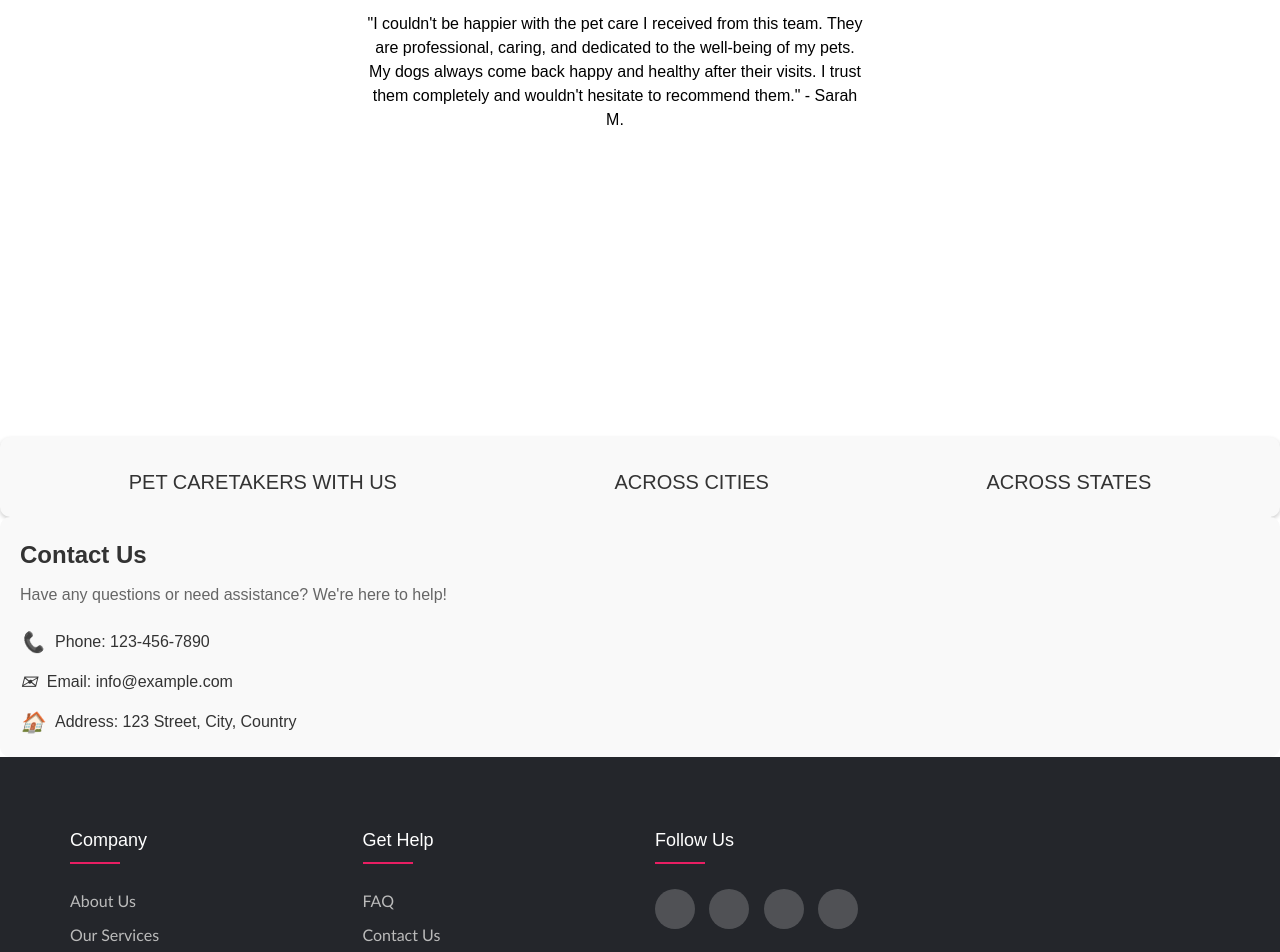
Repository: RishuGudigar/pawtakers
Page: templates/index.html
These files come from the project's save history. The page is drawn as it stood at one moment and after the next save; the edit follows.
The browser window is 1280 px wide. The pictures show the part of the page from y = 3163 to 4115 px (the page is 4272 px tall).
Some web fonts or font styles are not loaded; a fallback is used. The template is drawn by Django 4.2. The application's start-up code is not run. Other server files are loaded and not shown. The template is opened directly, without the code that normally fills it, so the values that code supplies are empty.

Above is the page before, as saved 2023-06-07 14:11:08.

### pawtakers/templates/index.html
<!DOCTYPE html>
<html lang="en">
<head>
    <meta charset="UTF-8">
    <meta http-equiv="X-UA-Compatible" content="IE=edge">
    <meta name="viewport" content="width=device-width, initial-scale=1.0">
    <title>Document</title>
    {% comment %} <link rel="stylesheet" href="style.css"> {% endcomment %}

    <style>
        /*Navigation Bar */

@import url('https://fonts.googleapis.com/css2?family=Ubuntu&display=swap');
*{
    margin: 0;
    padding: 0;
    box-sizing: border-box;
    font-family: 'Ubuntu', sans-serif;

    ;
}

.nav-bar{
    width: 100%;
}


.navbar{
    display: flex;
    align-items: center;
    justify-content: space-around;
    padding-top:20px;
    padding-left: 10%;
    padding-right:10%;
    background-color: rgba(0,0,0,0.8);
    height: 8vh;


}

.navbar ul li{
    list-style-type: none;
    display: inline-block;
    padding: 10px 20px;
}

.navbar ul li a{
    text-decoration: none;
    font-weight: 500;
    color:yellow;
    font-family: 'Roboto', sans-serif;
    font-size: 11px;
    text-transform: uppercase;
    letter-spacing: 2.5px;

}

.navbar ul li a:hover{
    color: white;
    transition: .4s;
    font-size: medium;
    font-weight: 500;
}




/*Navigation Bar ends here */



/*this section belongs to body part*/
.col-text {
    height: 100vh;
    }
    .grid-flex{
        display: -webkit-box;
        display: -webkit-flex;
        display: -ms-flexbox;
        display: flex;
        -webkit-box-flex: 1;
        -webkit-flex-grow: 1;
        -ms-flex-positive: 1;
        flex-grow: 1;
        flex-direction: row;
        -webkit-flex-direction: row;
        -webkit-flex-wrap: wrap;
        -webkit-justify-content: space-around;
        }
.col {
    -webkit-box-flex: 1;
    -webkit-flex: 1;
    -ms-flex: 1;
    flex: 1;
    }
.col-left {
    -webkit-box-ordinal-group:-1;
    -webkit-order: -1;
    -ms-flex-order: -1;
    order: -1;
    }
.col-text{
    display: flex;
    align-items: center;
    justify-content: center;
  }
  .Aligner-item {
    width: 60%;
  }
  .col-image {
    background-size: cover;
    background-position:center center;
  }

  @media (max-width: 640px) {
    .grid-flex {
        height: 40em;
        display: -webkit-flex;
        -webkit-flex-direction: column;
        flex-direction: column;
        }
    .col {
        order:vertical;
    }
    .col-left {
        -webkit-box-ordinal-group:0;
        -webkit-order: 0;
        -ms-flex-order: 0;
        order: 0;
    }
    .col-text div p {
        padding: 1em;
    }
    .Aligner-item {
        width: 90%;
    }
}

    /*Button starts*/
    .button button{
    width: 140px;
    height: 45px;
    font-family: 'Roboto', sans-serif;
    font-size: 11px;
    text-transform: uppercase;
    letter-spacing: 2.5px;

    color: #000;
    background-color: #fff;
    border: none;
    border-radius: 45px;
    box-shadow: 0px 8px 15px rgba(0, 0, 0, 0.1);
    transition: all 0.3s ease 0s;
    cursor: pointer;
    outline: none;
    font-weight: bold;
    margin: 20px;
}
.button button:hover{
    background-color: gold;
    box-shadow: 0px 15px 20px rgba(225, 223, 0, 0.4);
    color: #fff;
    transform: translateY(-7px);
}
    /*Button ends*/

    @import url('https://fonts.googleapis.com/css2?family=Montserrat:wght@500&family=Ubuntu&display=swap');
    @import url('https://fonts.googleapis.com/css2?family=Montserrat:wght@500&family=Quicksand:wght@700&family=Ubuntu&display=swap');

    .header h1{
        font-size: x-large;
    }


    /*slider of the body*/
    #slider
{
	margin: auto;
	overflow: hidden;
	padding: 20px;
	margin-top: 50px;
	position: relative;
	width: 600px;
    height: 200px;
    margin-bottom: 0;

}

#slider li
{
	float: left;
	position: relative;
	width: 600px;
	display: inline-block;
	height: 200px;
}

#slider ul
{
	list-style: none;
	position: absolute;
	left: 0px;
	top: 0px;
	width: 9000px;
	transition: left .2s linear;
	-moz-transition: left .2s linear;
	-o-transition: left .2s linear;
	-webkit-transition: left .2s linear;
	margin-left: -25px;
    font-family: open sans;
    color: #666;
}

/*** Content ***/

.slider-container
{
    color:#000;
	margin: 0 auto;
	padding: 0;
	width: 550px;
    min-height: 180px;
    text-align:center;
}

.slider-container h2
{
    color: #fff;
}

.slider-container  p
{
	margin: 10px 25px;
	font-weight: semi-bold;
	line-height: 150%;
}

/*** target hooks ****/

@-webkit-keyframes slide-animation {
	0% {opacity:0;}
	2% {opacity:1;}
	20% {left:0px; opacity:1;}
	22.5% {opacity:0.6;}
	25% {left:-600px; opacity:1;}
	45% {left:-600px; opacity:1;}
	47.5% {opacity:0.6;}
	50% {left:-1200px; opacity:1;}
	70% {left:-1200px; opacity:1;}
	72.5% {opacity:0.6;}
	75% {left:-1800px; opacity:1;}
	95% {opacity:1;}
	98% {left:-1800px; opacity:0;}
	100% {left:0px; opacity:0;}
}

#slider ul
{
	-webkit-animation: slide-animation 20s infinite;
}

#slider ul:hover
{
	-moz-animation-play-state: paused;
	-webkit-animation-play-state: paused;
}

    /*slider ends*/
/*body part ends here */








/*Footer Section starts*/
@import url('https://fonts.googleapis.com/css2?family=Poppins:wght@300;400;500;600;700&display=swap');
body{
	line-height: 1.5;
	font-family: 'Poppins', sans-serif;
}

.container{
	max-width: 1170px;
	margin:auto;
}
.row{
	display: flex;
	flex-wrap: wrap;
}
ul{
	list-style: none;
}
.footer{
	background-color: #24262b;
    padding: 70px 0;
}
.footer-col{
    width: 25%;
    padding: 0 15px;
}
.footer-col h4{
	font-size: 18px;
	color: #ffffff;
	text-transform: capitalize;
	margin-bottom: 35px;
	font-weight: 500;
	position: relative;
}
.footer-col h4::before{
	content: '';
	position: absolute;
	left:0;
	bottom: -10px;
	background-color: #e91e63;
	height: 2px;
	box-sizing: border-box;
	width: 50px;
}
.footer-col ul li:not(:last-child){
	margin-bottom: 10px;
}
.footer-col ul li a{
	font-size: 16px;
	text-transform: capitalize;
	color: #ffffff;
	text-decoration: none;
	font-weight: 300;
	color: #bbbbbb;

	display: block;
	transition: all 0.3s ease;
    font-family: 'Gill Sans', 'Gill Sans MT', Calibri, 'Trebuchet MS', sans-serif;
}
.footer-col ul li a:hover{
	color: #ffffff;
	padding-left: 8px;
}
.footer-col .social-links a{
	display: inline-block;
	height: 40px;
	width: 40px;
	background-color: rgba(255,255,255,0.2);
	margin:0 10px 10px 0;
	text-align: center;
	line-height: 40px;
	border-radius: 50%;
	color: #ffffff;
	transition: all 0.5s ease;
}
.footer-col .social-links a:hover{
	color: #24262b;
	background-color: #ffffff;
}

/*responsive*/
@media(max-width: 767px){
    .footer-col{
    width: 50%;
    margin-bottom: 30px;
}
}
@media(max-width: 574px){
    .footer-col{
    width: 100%;
}
}
/*Footer Section ends*/
    </style>

</head>
<body>



<section >
    <style>
        body {
            font-family: 'Open Sans', sans-serif;

            margin: 0; /* Add this to remove body default margin */
        }
        nav {
            position: fixed; /* Change position to fixed */
            top: 0; /* Position it at the top */
            left: 0; /* Align it to the left */
            width: 100%; /* Make it full width */
            height: 50px;
            background: #34495e;
            border-radius: 1px;
            font-size: 0;
            box-shadow: 0 2px 3px 0 rgba(0,0,0,0.1);
            z-index: 100; /* Add a higher z-index to keep it above other elements */
        }

        /* Rest of the CSS styles remain the same */
        nav a {
            font-size: 15px;
            text-transform: uppercase;
            color: white;
            text-decoration: none;
            line-height: 50px;
            position: relative;
            z-index: 1;
            display: inline-block;
            text-align: center;
        }
        nav .animation {
            position: absolute;
            height: 5px;
            bottom: 0;
            z-index: 0;
            background: yellow;
            transition: all .5s ease 0s;
            border-radius: 8px;
        }
        a:nth-child(1) {
            width: 100px;
        }
        nav .start-home,a:nth-child(1):hover~.animation {
            width: 100px;
            left: 0;
        }
        a:nth-child(2) {
            width: 110px;
        }
        nav .start-about,a:nth-child(2):hover~.animation {
            width: 110px;
            left: 100px;
        }
        a:nth-child(3) {
            width: 100px;
        }
        nav .start-login,a:nth-child(3):hover~.animation {
            width: 100px;
            left: 210px;
        }
        a:nth-child(4) {
            width: 160px;
        }
        nav .start-signup,a:nth-child(4):hover~.animation {
            width: 160px;
            left: 310px;
        }
    </style>
</head>
<body>
    <nav>
        <a href="/display">Home</a>
        <a href="/">About Us</a>
        <a href="{% url 'account_login'%}">Login</a>
        <a href="{% url 'account_signup' %}">SignUp</a>
        <div class="animation start-home"></div>
    </nav>
    <!-- Add other content below the navbar if necessary -->
</body>

</section>



<!-- This Section belongs to body part-->
<section >
    {% load static %}
    <div class="grid-flex" id="car">
    <div class="col col-image" style="background-image: url( {% static './dog1.jpg' %})">
    </div>
    <div class="col col-text">
        <div class="Aligner-item button header">
            <h1>PawTakers</h1>
            <a href="/display"><button >BOOK NOW</button></a>
        </div>
    </div>
    </div>

    <div class="grid-flex" id="bike">
    <div class="col col-image" style="background-image: url({% static './dog2.jpg' %});">
        &nbsp;
    </div>
    <div class="col col-text col-left">
        <div class="Aligner-item button header">
        <h1>"Need emergency pet care? No one available to take care of your furry friend? We've got you covered!"</h1>
        <a><button >KNOW MORE</button></a>
        </div>
    </div>
    </div>

    <div class="grid-flex">
    <div class="col col-image" style="background-image: url({% static './dog3.jpg' %});">
        &nbsp;
    </div>
    <div class="col col-text">
        <div class="Aligner-item button header">
            <h1>"Concerned about your pet's safety? We've got you covered. Check out our website for details on our rigorous safety measures."</h1>
            <a><button width="250px">VISIT SECURITY POLICY</button></a>
        </div>
    </div>
    </div>

    <div class="grid-flex">
        <div class="col col-image" style="background-image: url({% static './dog4.jpg' %});">
            &nbsp;
        </div>
        <div class="col col-text col-left">
            <div class="Aligner-item button header">
            <h1>"Love pets? Make it a job - join our team as a caretaker today!"</h1>
            <a href='accounts/signup/'><button >SIGNUP NOW</button></a>
        </div>
        </div>
        </div>

        <div class="grid-flex">
            <div></div>
            <div class="col col-text">
                <div class="Aligner-item button header">
                    <div class="review">
                        <div id="slider">
                            <ul>
                                <li>
                                    <div class="slider-container">
                                        <p>"I am extremely grateful for the excellent pet care services provided by this company. They took great care of my furry friend while I was away and kept me updated with photos and messages. I highly recommend their services." - John D.</p>
                                    </div>
                                </li>
                                <li>
                                    <div class="slider-container">
                                        <p>"I couldn't be happier with the pet care I received from this team. They are professional, caring, and dedicated to the well-being of my pets. My dogs always come back happy and healthy after their visits. I trust them completely and wouldn't hesitate to recommend them." - Sarah M.</p>
                                    </div>
                                </li>
                                <li>
                                    <div class="slider-container">
                                        <p>"I am extremely grateful for the excellent pet care services provided by this company. They took great care of my furry friend while I was away and kept me updated with photos and messages. I highly recommend their services." - John D.</p>
                                    </div>
                                </li>
                                <li>
                                    <div class="slider-container">
                                        <p>"The staff at this pet care facility are amazing! They treated my pet with so much love and attention. They go above and beyond to ensure the comfort and happiness of the animals in their care. I'm grateful to have found such a reliable and compassionate service." - David R</p>
                                    </div>
                                </li>
                                <li>
                                    <div class="slider-container">
                                        <p>"I can't thank this pet care service enough for taking care of my pet while I was on vacation. They provided top-notch care, adhering to all my pet's needs and providing a safe and stimulating environment. I wouldn't hesitate to use their services again." - Lisa S.</p>
                                    </div>
                                </li>
                                <li>
                                    <div class="slider-container">
                                        <p>"I've been using this pet care company for several years now, and they continue to impress me with their professionalism and dedication. They genuinely care about the well-being of the pets they look after and always go the extra mile to ensure their happiness. Highly recommended!" - Michael B.</p>
                                    </div>
                                </li>
                            </ul>
                        </div>
                    </div>
                </div>
            </div>
        </div>

<!-- The counter-->
{% block content %}
<div style="background-color: #f9f9f9; padding: 20px; border-radius: 10px; box-shadow: 0 2px 4px rgba(0, 0, 0, 0.2); transition: box-shadow 0.3s;">
    <div style="display: flex; justify-content: space-around;">
        <div style="text-align: center; animation: fadeInUp 0.5s ease-in-out;">
            <div style="font-size: 48px; color: #333; margin-bottom: 10px; font-family: 'Arial', sans-serif; text-shadow: 2px 2px 4px rgba(0, 0, 0, 0.3);">{{ user_count }}</div>
            <div style="font-size: 20px; color: #333; font-family: 'Arial', sans-serif; text-transform: uppercase;">Pet Caretakers with Us</div>
        </div>
        <div style="text-align: center; animation: fadeInUp 0.5s ease-in-out; animation-delay: 0.2s;">
            <div style="font-size: 48px; color: #333; margin-bottom: 10px; font-family: 'Arial', sans-serif; text-shadow: 2px 2px 4px rgba(0, 0, 0, 0.3);">{{ city_count }}</div>
            <div style="font-size: 20px; color: #333; font-family: 'Arial', sans-serif; text-transform: uppercase;">Across Cities</div>
        </div>
        <div style="text-align: center; animation: fadeInUp 0.5s ease-in-out; animation-delay: 0.4s;">
            <div style="font-size: 48px; color: #333; margin-bottom: 10px; font-family: 'Arial', sans-serif; text-shadow: 2px 2px 4px rgba(0, 0, 0, 0.3);">{{ state_count }}</div>
            <div style="font-size: 20px; color: #333; font-family: 'Arial', sans-serif; text-transform: uppercase;">Across States</div>
        </div>
    </div>
</div>

<style>
@keyframes fadeInUp {
  0% {
    opacity: 0;
    transform: translateY(20px);
  }
  100% {
    opacity: 1;
    transform: translateY(0);
  }
}
</style>

{% endblock %}



<!-- The counter Ends-->
<!--Body part ends-->
<div id="contact-us" style="background-color: #f9f9f9; padding: 20px; border-radius: 10px;">
    <h2 style="font-size: 24px; color: #333; margin-bottom: 10px;">Contact Us</h2>
    <p style="font-size: 16px; color: #666; margin-bottom: 20px;">Have any questions or need assistance? We're here to help!</p>
    <div style="display: flex; flex-direction: column;">
      <div style="display: flex; align-items: center; margin-bottom: 10px;">
        <i style="font-size: 20px; color: #333; margin-right: 10px;">&#x1F4DE;</i>
        <span style="font-size: 16px; color: #333;">Phone: 123-456-7890</span>
      </div>
      <div style="display: flex; align-items: center; margin-bottom: 10px;">
        <i style="font-size: 20px; color: #333; margin-right: 10px;">&#x2709;</i>
        <span style="font-size: 16px; color: #333;">Email: info@example.com</span>
      </div>
      <div style="display: flex; align-items: center;">
        <i style="font-size: 20px; color: #333; margin-right: 10px;">&#x1F3E0;</i>
        <span style="font-size: 16px; color: #333;">Address: 123 Street, City, Country</span>
      </div>
    </div>
  </div>

<!--Footer section starts here-->
<footer class="footer">
    <div class="container">
        <div class="row">
            <div class="footer-col">
                <h4>company</h4>
                <ul>
                    <li><a href="#">about us</a></li>
                    <li><a href="#">our services</a></li>
                    <li><a href="#">privacy policy</a></li>
                    <li><a href="#">affiliate program</a></li>
                </ul>
            </div>
            <div class="footer-col">
                <h4>get help</h4>
                <ul>
                    <li><a href="#">FAQ</a></li>
                    <li><a href="#">Contact Us</a></li>
                </ul>
            </div>

            <div class="footer-col">
                <h4>follow us</h4>
                <div class="social-links">
                    <a href="#"><i class="fab fa-facebook-f"></i></a>
                    <a href="#"><i class="fab fa-twitter"></i></a>
                    <a href="#"><i class="fab fa-instagram"></i></a>
                    <a href="#"><i class="fab fa-linkedin-in"></i></a>
                </div>
            </div>
        </div>
    </div>
</footer>

</section>
</body>
</html>

After the next save:
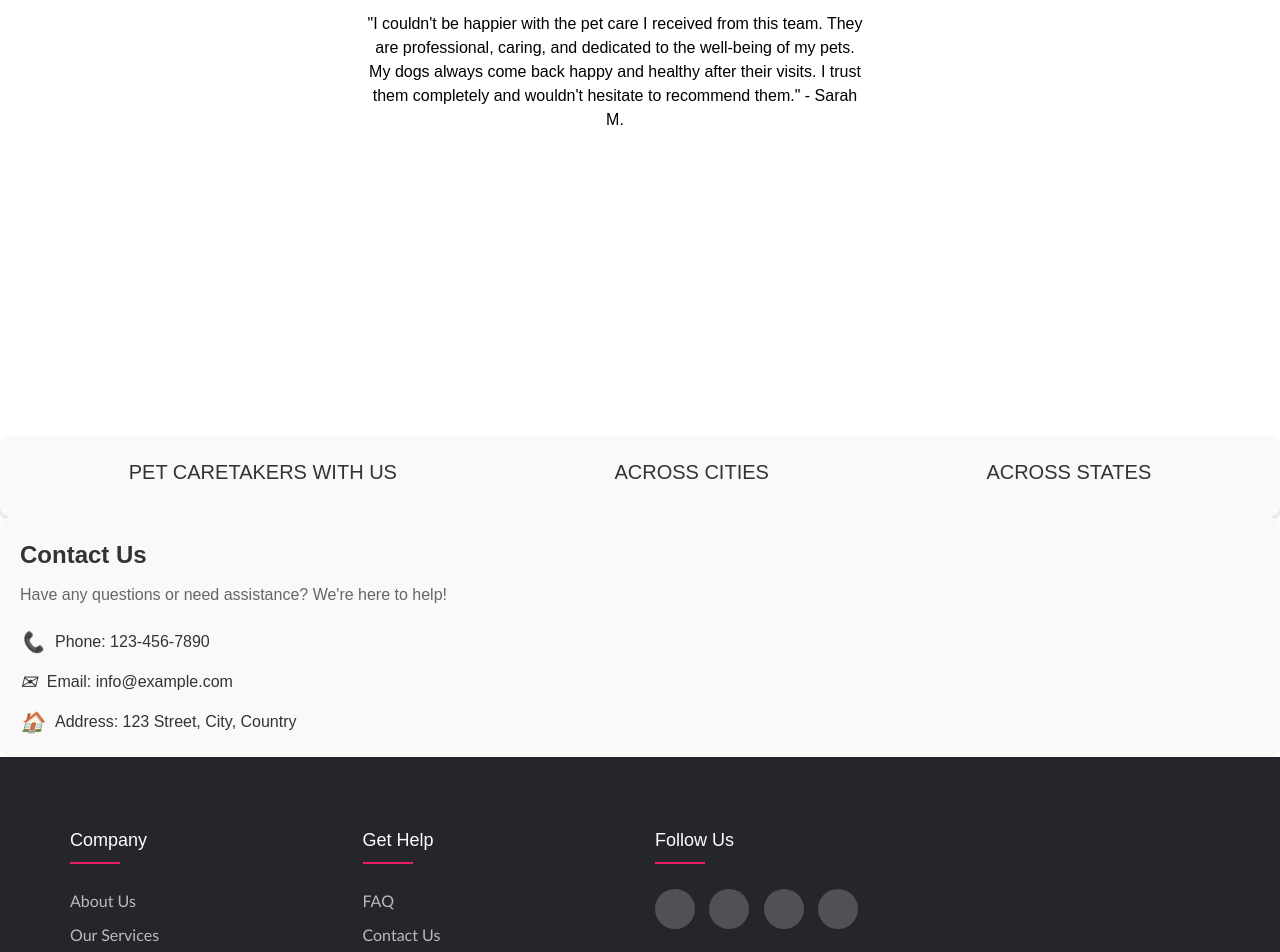
Saved 28 s later.
--- a/pawtakers/templates/index.html
+++ b/pawtakers/templates/index.html
@@ -560,16 +560,17 @@ ul{
 <div style="background-color: #f9f9f9; padding: 20px; border-radius: 10px; box-shadow: 0 2px 4px rgba(0, 0, 0, 0.2); transition: box-shadow 0.3s;">
     <div style="display: flex; justify-content: space-around;">
         <div style="text-align: center; animation: fadeInUp 0.5s ease-in-out;">
+            <div style="font-size: 20px; color: #333; font-family: 'Arial', sans-serif; text-transform: uppercase;">Pet Caretakers with Us</div>
             <div style="font-size: 48px; color: #333; margin-bottom: 10px; font-family: 'Arial', sans-serif; text-shadow: 2px 2px 4px rgba(0, 0, 0, 0.3);">{{ user_count }}</div>
-            <div style="font-size: 20px; color: #333; font-family: 'Arial', sans-serif; text-transform: uppercase;">Pet Caretakers with Us</div>
         </div>
         <div style="text-align: center; animation: fadeInUp 0.5s ease-in-out; animation-delay: 0.2s;">
+            <div style="font-size: 20px; color: #333; font-family: 'Arial', sans-serif; text-transform: uppercase;">Across Cities</div>
             <div style="font-size: 48px; color: #333; margin-bottom: 10px; font-family: 'Arial', sans-serif; text-shadow: 2px 2px 4px rgba(0, 0, 0, 0.3);">{{ city_count }}</div>
-            <div style="font-size: 20px; color: #333; font-family: 'Arial', sans-serif; text-transform: uppercase;">Across Cities</div>
         </div>
         <div style="text-align: center; animation: fadeInUp 0.5s ease-in-out; animation-delay: 0.4s;">
+            <div style="font-size: 20px; color: #333; font-family: 'Arial', sans-serif; text-transform: uppercase;">Across States</div>
             <div style="font-size: 48px; color: #333; margin-bottom: 10px; font-family: 'Arial', sans-serif; text-shadow: 2px 2px 4px rgba(0, 0, 0, 0.3);">{{ state_count }}</div>
-            <div style="font-size: 20px; color: #333; font-family: 'Arial', sans-serif; text-transform: uppercase;">Across States</div>
+
         </div>
     </div>
 </div>
